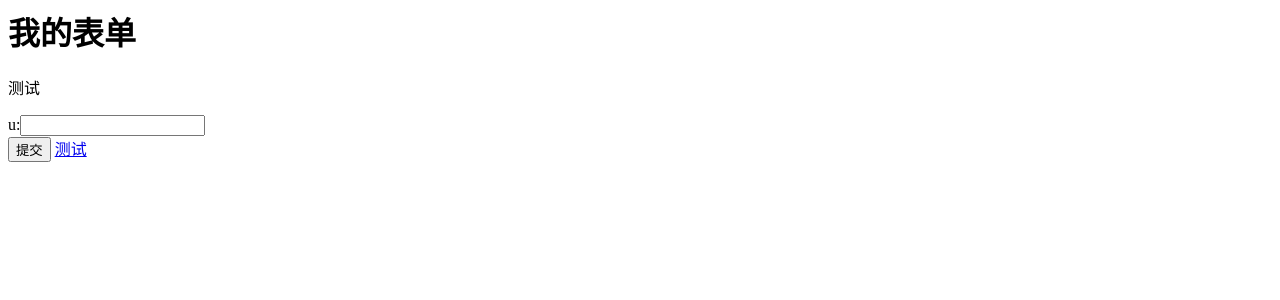
Repository: SmartXiaoMing001/Servlet
Page: http://localhost/UserManager/
An editor plug-in stored every save of this project. The page is shown before and after the next save, followed by the edit.
The browser window is 1280 px wide. The pictures show the whole page.
The page is served by Tomcat 9.

Above is the page before, as saved 2017-07-28 13:02:55.

After the next save:
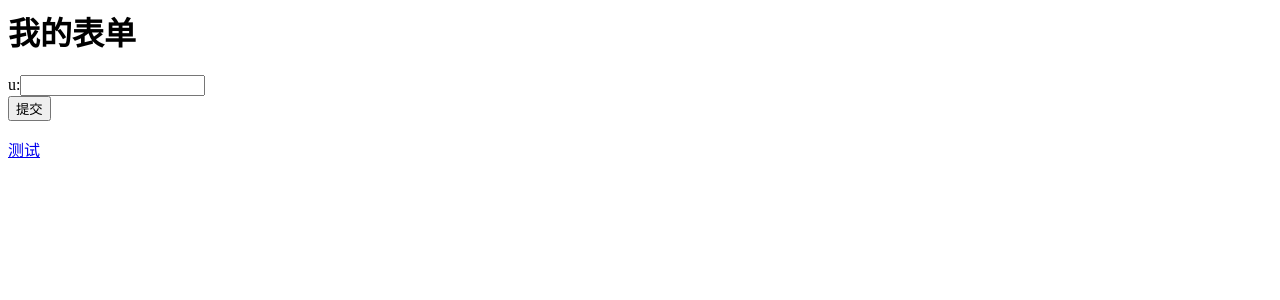
Saved 101 s later.
--- a/ServletPro/UserManager/WebRoot/index.jsp
+++ b/ServletPro/UserManager/WebRoot/index.jsp
@@ -22,9 +22,10 @@ String basePath = request.getScheme()+"://"+request.getServerName()+":"+request.
 
   <body>
      <h1>我的表单</h1>
-     <form action="/UserManager/LoginServlet" method="get" >测试</form>
+     <form action="/UserManager/LoginServlet" method="get" >
      u:<input type = "text" name = "username"/><br/>
      <input type = "submit" value="提交"/>
+     </form>
      <a href="/UserManager/LoginServlet?username=你好吗">测试</a>
   </body>
 </html>
